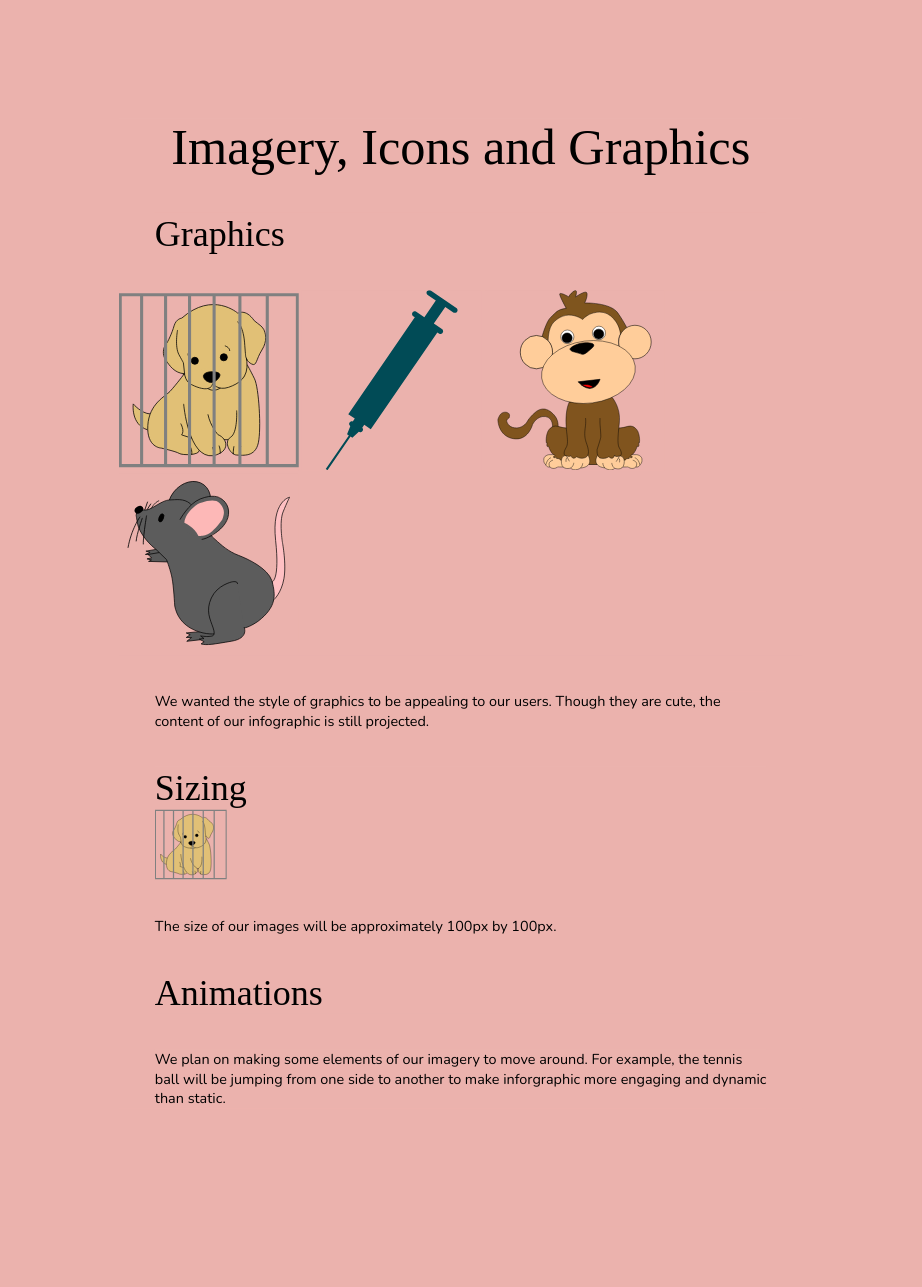
Repository: msyukurrr/styleguide
Page: graphics.html
An editor plug-in stored every save of this project. The page is shown before and after the next save, followed by the edit.
The browser window is 1280 px wide. The pictures show the whole page, at 72% of full size.
Some web fonts or font styles are not loaded; a fallback is used.

Above is the page before, as saved 2022-03-04 14:30:11.

After the next save:
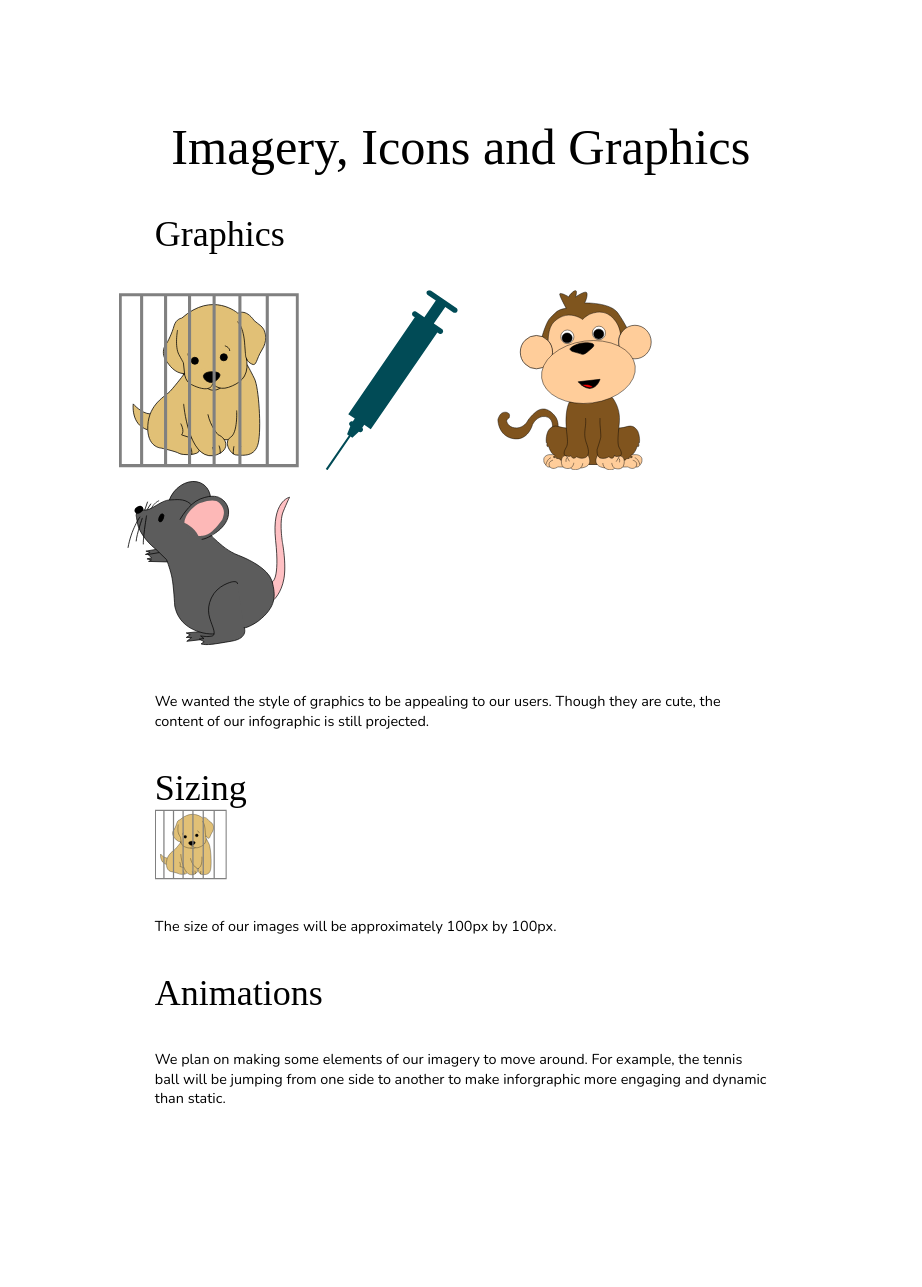
Saved 70 s later.
--- a/style.css
+++ b/style.css
@@ -2,9 +2,6 @@
     margin: 165px;
   }
 
-  * {
-      background-color: #EBB2AD;
-  }
   /*colourpalette*/
 
   .header {
